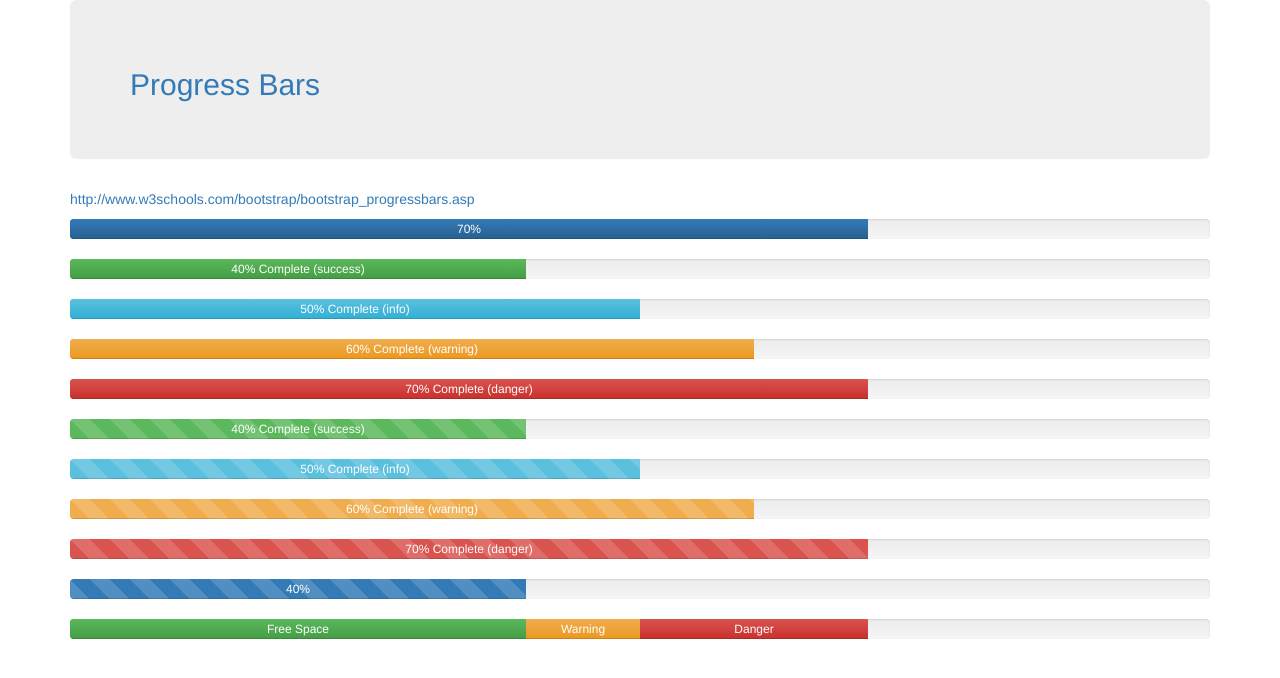
Repository: jksfoTemp/html-css-js
Page: -HTML5/bootstrap/progressbars.html
The author's editor kept a record of every edit. The page is drawn from the files as they stood at one moment, then again after the next edit.
The browser window is 1280 px wide. The pictures show the whole page.
Some web libraries are served in a nearby version.

Above is the page before.

After the next edit:
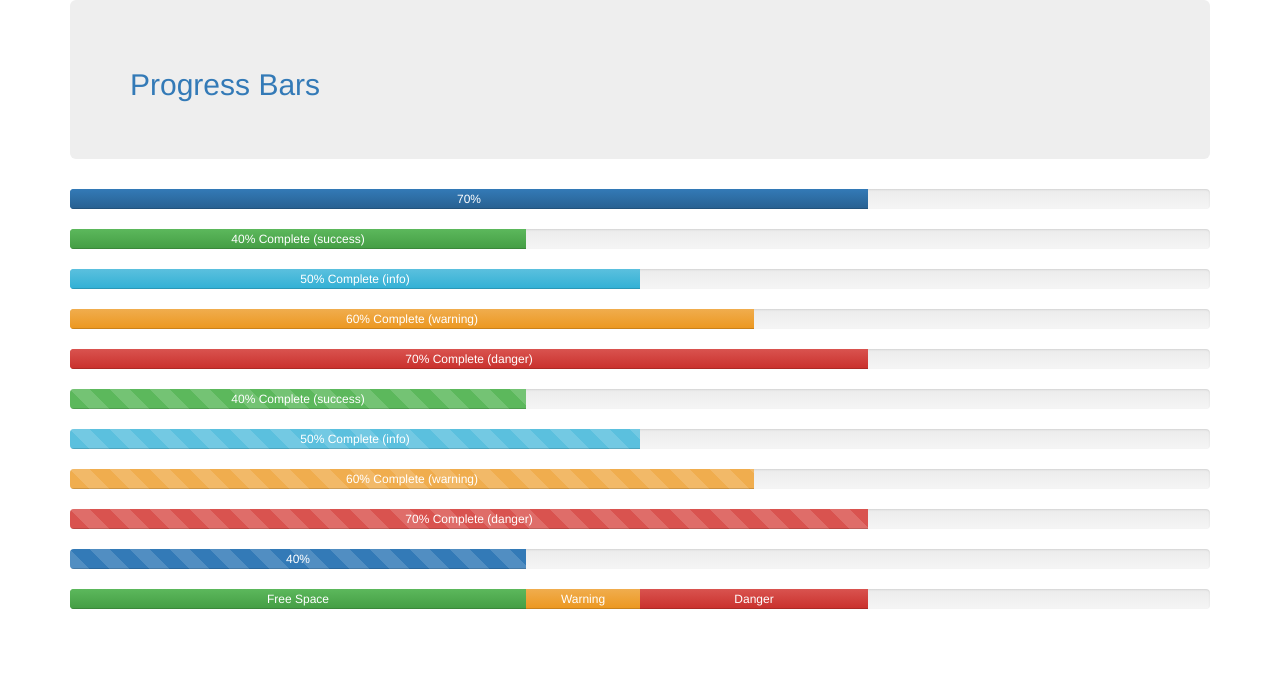
The edit:
--- a/-HTML5/bootstrap/progressbars.html
+++ b/-HTML5/bootstrap/progressbars.html
@@ -27,8 +27,6 @@
         <div class="jumbotron ">
             <h2><a href="http://www.w3schools.com/bootstrap/bootstrap_progressbars.asp">Progress Bars<a/></h2>
         </div>
-        http://www.w3schools.com/bootstrap/bootstrap_progressbars.asp
-        <p></p>
         <div class="progress">
             <div class="progress-bar" role="progressbar" aria-valuenow="70" aria-valuemin="0" aria-valuemax="100" style="width:70%">
                 70%
